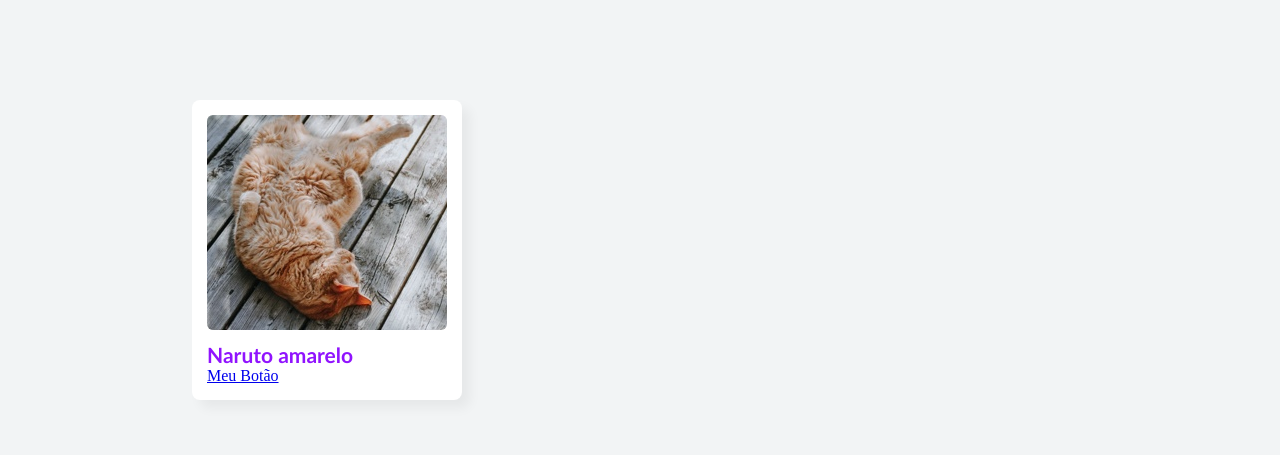
Repository: alessandradiamantino/Curso-Front-End-Design
Page: 1 - Introdução ao HTML e CSS/2 - Exercício CSS/01/codesignerspro-arquivos-exercicio-css-02/codesignerspro-arquivos-exercicio-css-02/index.html
An editor plug-in stored every save of this project. The page is shown before and after the next save, followed by the edit.
The browser window is 1280 px wide. The pictures show the whole page.

Above is the page before, as saved 2021-07-28 11:49:50.

### 1 - Introdução ao HTML e CSS/2 - Exercício CSS/01/codesignerspro-arquivos-exercicio-css-02/codesignerspro-arquivos-exercicio-css-02/index.html
<!DOCTYPE html>
<html lang="pt-br">

<head>
  <meta charset="UTF-8">
  <meta name="viewport" content="width=device-width, initial-scale=1.0">
  <meta http-equiv="X-UA-Compatible" content="ie=edge">
  <title>Exercício CSS 02</title>
  <link rel="stylesheet" type="text/css" href="css/style.css" />
</head>

<body>
  <main>
  <div class="card-container">
    <div class="card">
      <img src="images/gato-01.jpg"
        alt="gato deitado"
        title="gatinho"
        class="card-image"
      />
      <div class="card-body">
        <h1>Naruto amarelo</h1>
    </div>
    <div class="card-footer">
      <a href="https://web.whatsapp.com/">Meu Botão</a>
    </div>
  </div>
</div>
  </main>
</body>

</html>

### 1 - Introdução ao HTML e CSS/2 - Exercício CSS/01/codesignerspro-arquivos-exercicio-css-02/codesignerspro-arquivos-exercicio-css-02/css/style.css
body{
  background-color: #f2f4f5;
  margin: 0;
}
main {
  width: 70%;
  display: table;
  margin: 100px auto 0 auto;
}
.card-container {
  width: 270px;
  display: table;
}

.card {
  width: 100%;
  display: table;
  background-color: #fff;
  border-radius: 8px;
  box-shadow: 8px 8px 12px rgba(0, 0, 0, 0.05);
  padding: 15px;
  box-sizing: border-box;
}

.card .card-image {
  width: 100%;
  max-width: 100%;
  height: auto;
  border-radius: 6px;
  display: block;
}

.card .card-body {
  width: 100%;
  display: table;
  margin-top: 13px;
}

.card .card-body h1 {
  font-family:'Gill Sans', 'Gill Sans MT', Calibri, 'Trebuchet MS', sans-serif;
  font-size: 21px;
  font-weight: 800;
  line-height: 24px;
  color: #9013fe;
  margin: 0;
}

.card .card-footer {
  width: 100%;
  display: table;
}

After the next save:
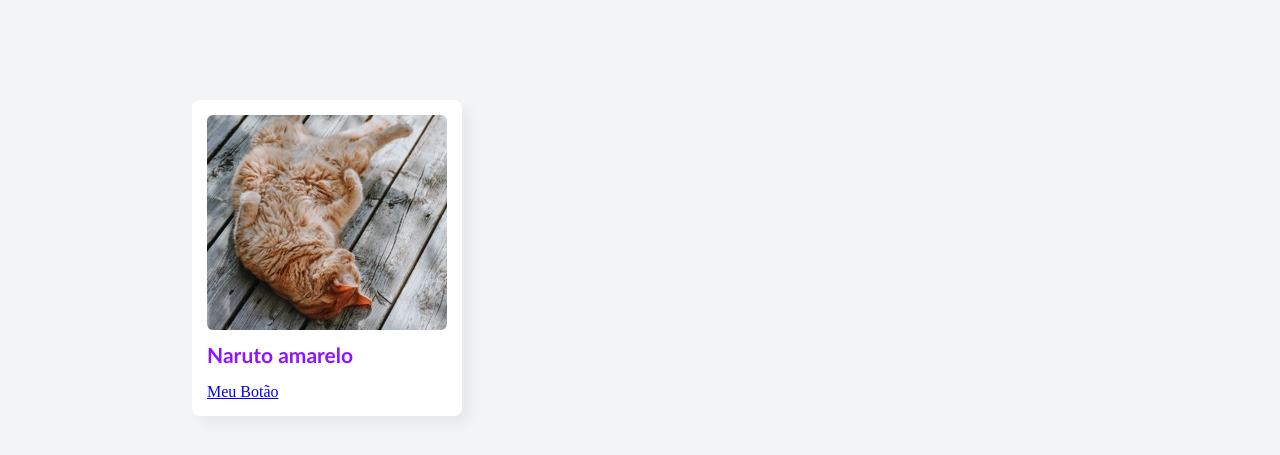
Saved 4 s later.
--- a/1 - Introdução ao HTML e CSS/2 - Exercício CSS/01/codesignerspro-arquivos-exercicio-css-02/codesignerspro-arquivos-exercicio-css-02/index.html
+++ b/1 - Introdução ao HTML e CSS/2 - Exercício CSS/01/codesignerspro-arquivos-exercicio-css-02/codesignerspro-arquivos-exercicio-css-02/index.html
@@ -22,7 +22,7 @@
         <h1>Naruto amarelo</h1>
     </div>
     <div class="card-footer">
-      <a href="https://web.whatsapp.com/">Meu Botão</a>
+     <p></p> <a href="https://web.whatsapp.com/">Meu Botão</a>
     </div>
   </div>
 </div>
